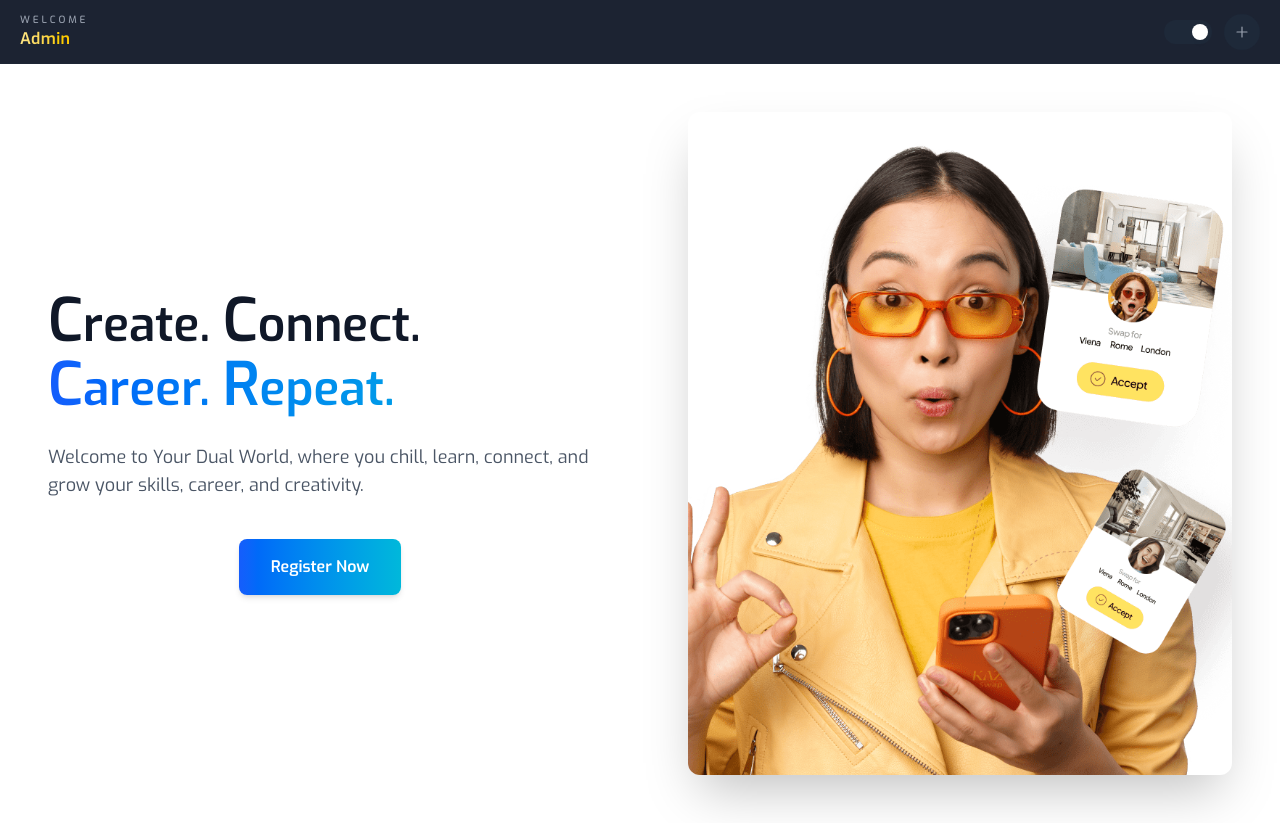
Repository: deepak445566/job
Page: / (app in frontend/)
The author's editor kept a copy of each file at every save. The page is drawn from the files as they stood at one save, then again after the next save.
The browser window is 1280 px wide. The pictures show the whole page.
The page's requests for data from a server got no answer. Some web fonts or font styles are not loaded; a fallback is used. The project was rebuilt for these pictures with package versions that can differ from the ones it lists, and the page was loaded fresh each time. Some packages were replaced by stand-ins written for this rebuild. No one was signed in, and anything a server would have sent is missing. Also part of the build but not shown: frontend/vite.config.js, frontend/src/Components/auth/Login.jsx, frontend/src/Components/study/StudyDashboard.jsx, frontend/src/Components/chill/CreateReelModal.jsx, frontend/src/Components/chill/ChillDashboard.jsx, frontend/src/Components/common/Footer.jsx.

Above is the page before, as saved 2026-02-27 14:44:19.

### frontend/index.html
<!doctype html>
<html lang="en">
  <head>
    <meta charset="UTF-8" />
    <link rel="icon" type="image/svg+xml" href="/vite.svg" />
    <meta name="viewport" content="width=device-width, initial-scale=1.0" />
    <title>frontend</title>
    <link rel="preconnect" href="https://fonts.googleapis.com">
<link rel="preconnect" href="https://fonts.gstatic.com" crossorigin>
<link href="https://fonts.googleapis.com/css2?family=Exo:ital,wght@0,100..900;1,100..900&family=Playfair+Display:ital,wght@0,400..900;1,400..900&display=swap" rel="stylesheet">
  </head>
  <body>
    <div id="root"></div>
    <script type="module" src="/src/main.jsx"></script>
  </body>
</html>

### frontend/src/main.jsx
import { StrictMode } from 'react'
import { createRoot } from 'react-dom/client'
import './index.css'
import App from './App.jsx'
import {BrowserRouter} from 'react-router-dom'
import { AppContextProvider } from './context/AppContextProvider.jsx'




createRoot(document.getElementById('root')).render(
  <BrowserRouter>
  <AppContextProvider>
  <StrictMode>
    <App />
  </StrictMode>
  </AppContextProvider>
  </BrowserRouter>
)

### frontend/src/index.css
@import "tailwindcss";
.exo{
  font-family: "Exo", sans-serif;

  font-style: normal;
}

### frontend/src/App.jsx
import React from "react";
import Login from "./Components/auth/Login";
import { Route, Routes } from "react-router-dom";
import Dashboard from "./Components/Dashboard";
import { useAppContext } from "./context/AppContextProvider";
import Layout from "./Components/common/Layout";

function App() {
  const { showLogin } = useAppContext();

  return (
    <>
      {showLogin && <Login />}

      <Routes>
        {/* Layout wrap karega sab routes ko */}
        <Route path="/" element={<Layout />}>
          <Route index element={<Dashboard />} />
        </Route>
      </Routes>
    </>
  );
}

export default App;

### frontend/src/context/AppContextProvider.jsx
import { useContext, useEffect, useState } from "react";
import { useNavigate } from "react-router-dom";
import axios from "axios";
import { AppContext } from "./AppContext";
import toast from 'react-hot-toast';

axios.defaults.withCredentials = true;
axios.defaults.baseURL = import.meta.env.VITE_BACKEND_URL;
console.log("Base URL:", import.meta.env.VITE_BACKEND_URL);

export const AppContextProvider = ({ children }) => {
  const navigate = useNavigate();
  const [user, setUser] = useState(null);
  const [mode, setMode] = useState('chill'); // Default 'chill' ya 'study'
  const [showLogin, setShowLogin] = useState(false);
  const [loading, setLoading] = useState(true);

  const fetchUser = async () => {
    try {
      const { data } = await axios.get("/api/auth/isauth");
      if (data.success) {
        setUser(data.user);
        // User login hai toh uski mode fetch karo
        fetchUserMode();
      }
    } catch (error) {
      setUser(null);
    } finally {
      setLoading(false);
    }
  };

  // User ka mode fetch karne ka function
  const fetchUserMode = async () => {
    try {
      const { data } = await axios.get("/api/mode/");
      if (data.success) {
        setMode(data.mode);
      }
    } catch (error) {
      console.log("Error fetching mode:", error);
    }
  };

  // Mode toggle karne ka function
  const toggleMode = async () => {
    if (!user) {
      toast.error("Please login first");
      setShowLogin(true);
      return;
    }

    try {
      const { data } = await axios.put("/api/mode/switch");
      if (data.success) {
        setMode(data.mode);
        toast.success(data.message);
      }
    } catch (error) {
      toast.error(error.response?.data?.message || "Error switching mode");
    }
  };

  useEffect(() => {
    fetchUser();
  }, []);

  return (
    <AppContext.Provider
      value={{
        navigate,
        user,
        setUser,
        axios,
        setShowLogin,
        showLogin,
        mode,
        setMode,
        toggleMode,
        loading
      }}
    >
      {children}
    </AppContext.Provider>
  );
};

export const useAppContext = () => useContext(AppContext);

### frontend/src/Components/Dashboard.jsx
// components/Dashboard.jsx
import React from 'react';
import { useAppContext } from '../context/AppContextProvider';
import StudyDashboard from './study/StudyDashboard';
import ChillDashboard from './chill/ChillDashboard';

function Dashboard() {
  const { mode, user, setShowLogin, loading } = useAppContext();

  // Loading state
  if (loading) {
    return (
      <div className="min-h-screen flex items-center justify-center">
        <div className="text-center">
          <div className="w-16 h-16 border-4 border-blue-500 border-t-transparent rounded-full animate-spin mx-auto mb-4"></div>
          <p className="text-gray-600">Loading dashboard...</p>
        </div>
      </div>
    );
  }

  // Agar user login nahi hai
  if (!user) {
    return (
     <div className="min-h-screen  flex items-center justify-center  exo">

      <div className=" w-full   rounded-2xl overflow-hidden flex flex-col md:flex-row">

        {/* Left side: Text and button */}
        <div className="w-full md:w-1/2 p-5 sm:p-10 lg:p-12 flex flex-col justify-center space-y-6">
          {/* Heading */}
          <h1 className="text-4xl sm:text-5xl font-semibold text-gray-900 leading-tight">
           <span className='text-6xl'>C</span>reate.  <span className='text-6xl'>C</span>onnect.
            <span className="text-transparent bg-clip-text bg-gradient-to-r from-blue-600 to-cyan-500 block ">
             <span className='text-6xl'>C</span>areer.  <span className='text-6xl exo'>R</span>epeat.
            </span>
          </h1>

          {/* Paragraph */}
          <p className="text-lg text-gray-600 ">
           Welcome to Your Dual World, where you chill, learn, connect, and grow your skills, career, and creativity.
          </p>

          {/* Register Now Button */}
          <div className="pt-4 flex justify-center">
            <button onClick={()=>setShowLogin(true)} className="px-8 py-4 bg-gradient-to-r from-blue-600 to-cyan-500 text-white font-semibold rounded-lg shadow-md hover:shadow-lg transform hover:scale-105 transition-all duration-300 ease-in-out focus:outline-none focus:ring-2 focus:ring-blue-400 focus:ring-offset-2">
              Register Now
            </button>
          </div>


        </div>

        {/* Right side: Image */}
        <div className="w-full md:w-1/2  flex items-center justify-center p-3 sm:p-10 lg:p-12">

          <img
            src="/images/m.png"
            alt="Hero visual representing our platform"
            className="w-full h-auto rounded-xl shadow-2xl object-cover transform hover:scale-105 transition-transform duration-500"
          />
        </div>
      </div>
    </div>
    );
  }

  // Mode ke hisaab se dashboard render karo
  return (
    <div className="transition-all duration-500">
      {mode === 'study' ? <StudyDashboard /> : <ChillDashboard />}
    </div>
  );
}

export default Dashboard;

### frontend/src/Components/common/Layout.jsx
import Navbar from "./Navbar";
import FloatingDockMinimal from "./Footer";
import { Outlet } from "react-router-dom";
import { useAppContext } from "../../context/AppContextProvider";

function Layout() {
  const { user } = useAppContext(); // ya isAuthenticated

  return (
    <div className="min-h-screen flex flex-col">
      <Navbar />

      {/* Page Content */}
      <div className={`flex-1 ${user ? "pb-20" : ""}`}>
        <Outlet />
      </div>

      {/* 👇 Sirf login user ko dikhega */}
      {user && <FloatingDockMinimal />}
    </div>
  );
}

export default Layout;

### frontend/src/Components/common/Navbar.jsx
import React, { useState } from "react";
import { useAppContext } from "../../context/AppContextProvider";
import toast from "react-hot-toast";

function Navbar() {
  const { user, setUser, axios, setShowLogin, navigate, mode, toggleMode } =
    useAppContext();
  const [loggingOut, setLoggingOut] = useState(false);
  const [togglingMode, setTogglingMode] = useState(false);
  const [showProfileMenu, setShowProfileMenu] = useState(false);

  const handleLogout = async () => {
    try {
      setLoggingOut(true);
      const { data } = await axios.post("/api/auth/logout");
      if (data.success) {
        setUser(null);
        setShowLogin(true);
        toast.success("Logged out successfully");
        navigate("/");
      } else {
        toast.error(data.message || "Logout failed");
      }
    } catch (error) {
      toast.error(error.response?.data?.message || "Error logging out");
    } finally {
      setLoggingOut(false);
      setShowProfileMenu(false);
    }
  };

  const handleToggleMode = async () => {
    try {
      setTogglingMode(true);
      await toggleMode();
    } catch (error) {
      console.error("Error toggling mode:", error);
    } finally {
      setTogglingMode(false);
    }
  };

  const handleProfileClick = () => {
    if (user) {
      setShowProfileMenu(!showProfileMenu);
    } else {
      setShowLogin(true);
    }
  };

  const getInitial = () => {
    if (user?.username) return user.username[0].toUpperCase();
    if (user?.email) return user.email[0].toUpperCase();
    return 'K';
  };

  return (
    <nav className="bg-gray-900/95 backdrop-blur-xl px-5 py-3 border-b border-gray-800/50 sticky top-0 z-50 exo">
      <div className="flex justify-between items-center max-w-7xl mx-auto">
        {/* Left Side */}
        <div className="flex items-center gap-4">
          <div className="flex flex-col">
            <span className="text-[10px] uppercase tracking-[0.3em] text-gray-400 font-medium">
              Welcome
            </span>
            <div className="flex items-center gap-2">
              <span className="text-base font-semibold text-transparent bg-clip-text bg-gradient-to-r from-amber-200 to-yellow-400 tracking-wide">
                {user?.username || user?.email?.split('@')[0] || 'Admin'}
              </span>
              {user && (
                <span className="w-1 h-1 bg-gray-600 rounded-full"></span>
              )}
            </div>
          </div>
        </div>

        {/* Right Side */}
        <div className="flex items-center gap-3">
          {/* Mode Toggle */}
          <button
            onClick={handleToggleMode}
            disabled={togglingMode || !user}
            className={`relative w-12 h-6 rounded-full transition-all duration-700 ${
              user
                ? mode === 'study'
                  ? 'bg-amber-400'
                  : 'bg-gray-600'
                : 'bg-gray-800 cursor-not-allowed'
            }`}
            title={!user ? "Login to switch mode" : `Switch to ${mode === 'study' ? 'Chill' : 'Study'}`}
          >
            <span
              className={`absolute top-1 left-1 w-4 h-4 bg-white rounded-full shadow-xl transform transition-all duration-500 ease-in-out ${
                mode === 'chill' ? 'translate-x-6' : ''
              }`}
            />
          </button>

          {/* Profile */}
          <div className="relative">
            <button
              onClick={handleProfileClick}
              className="group relative focus:outline-none"
            >
              {user && (
                <div className="absolute -inset-0.5 bg-gradient-to-r from-amber-400 to-yellow-500 rounded-full opacity-0 group-hover:opacity-100 transition-opacity duration-500 blur-[1px]"></div>
              )}

              <div className={`relative w-9 h-9 rounded-full flex items-center justify-center transition-all duration-300 ${
                user
                  ? 'bg-gradient-to-r from-amber-400 to-yellow-500 text-gray-900'
                  : 'bg-gray-800 text-gray-400'
              }`}>
                {user ? (
                  <span className="text-xs font-bold">{getInitial()}</span>
                ) : (
                  <svg width="16" height="16" viewBox="0 0 16 16" fill="none" xmlns="http://www.w3.org/2000/svg">
                    <path d="M8 3V13M3 8H13" stroke="currentColor" strokeWidth="1.2" strokeLinecap="round"/>
                  </svg>
                )}
              </div>
            </button>

            {/* Profile Menu */}
            {showProfileMenu && user && (
              <>
                <div
                  className="fixed inset-0 z-40"
                  onClick={() => setShowProfileMenu(false)}
                />

                <div className="absolute right-0 mt-3 w-56 bg-gray-900 backdrop-blur-xl rounded-2xl shadow-[0_20px_40px_-15px_rgba(0,0,0,0.5)] border border-gray-800 z-50 overflow-hidden">
                  <div className="px-5 py-4 border-b border-gray-800">
                    <p className="text-xs text-gray-400 uppercase tracking-[0.2em] mb-2 font-light">
                      Account
                    </p>
                    <p className="text-sm font-medium text-gray-100 mb-0.5">
                      {user.username || 'User'}
                    </p>
                    <p className="text-xs text-gray-400 truncate font-light">
                      {user.email || 'user@example.com'}
                    </p>
                  </div>

                  <div className="p-2">
                    <button
                      onClick={() => {
                        setShowProfileMenu(false);
                        navigate('/profile');
                      }}
                      className="w-full px-4 py-2.5 text-left hover:bg-gray-800 rounded-xl transition-all duration-200 flex items-center gap-3 text-gray-300 group"
                    >
                      <span className="text-sm opacity-50 group-hover:opacity-100 transition-opacity">👤</span>
                      <span className="text-xs font-light tracking-wide">Profile</span>
                    </button>

                    <div className="h-px bg-gray-800 my-2"></div>

                    <button
                      onClick={handleLogout}
                      disabled={loggingOut}
                      className="w-full px-4 py-2.5 text-left hover:bg-red-900/30 rounded-xl transition-all duration-200 flex items-center gap-3 text-red-400 group"
                    >
                      <span className="text-sm opacity-50 group-hover:opacity-100 transition-opacity">🚪</span>
                      <span className="text-xs font-light tracking-wide flex-1">
                        {loggingOut ? "Exiting..." : "Sign out"}
                      </span>
                      {loggingOut && (
                        <span className="w-3 h-3 border border-red-400 border-t-transparent rounded-full animate-spin" />
                      )}
                    </button>
                  </div>
                </div>
              </>
            )}
          </div>
        </div>
      </div>
    </nav>
  );
}

export default Navbar;

Loaded but not shown: frontend/src/context/AppContext.jsx (common file)

After the next save:
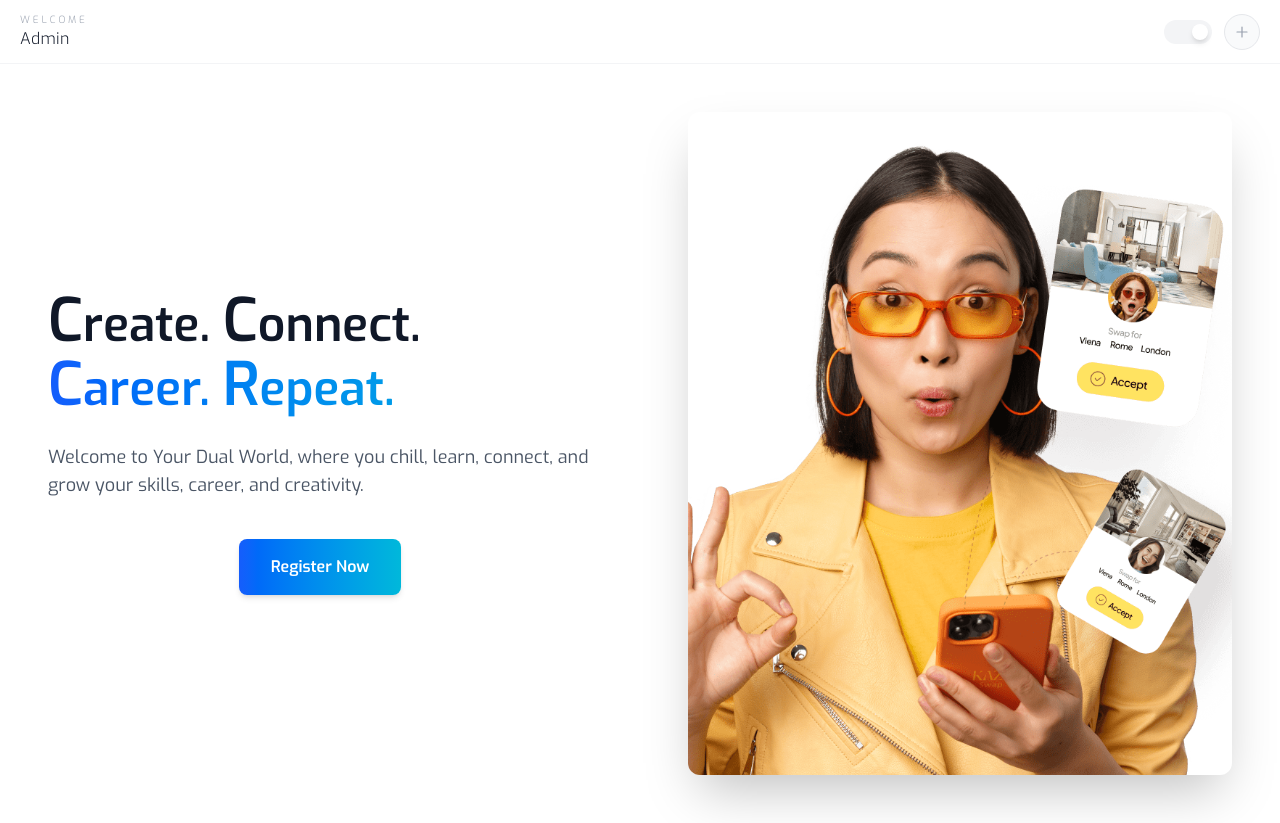
Saved 99 s later.
--- a/frontend/src/Components/common/Navbar.jsx
+++ b/frontend/src/Components/common/Navbar.jsx
@@ -55,20 +55,20 @@ function Navbar() {
   };
 
   return (
-    <nav className="bg-gray-900/95 backdrop-blur-xl px-5 py-3 border-b border-gray-800/50 sticky top-0 z-50 exo">
+    <nav className="bg-white border-b border-gray-100 px-5 py-3 sticky top-0 z-50 exo">
       <div className="flex justify-between items-center max-w-7xl mx-auto">
         {/* Left Side */}
         <div className="flex items-center gap-4">
           <div className="flex flex-col">
-            <span className="text-[10px] uppercase tracking-[0.3em] text-gray-400 font-medium">
+            <span className="text-[10px] uppercase tracking-[0.3em] text-gray-400 font-light">
               Welcome
             </span>
             <div className="flex items-center gap-2">
-              <span className="text-base font-semibold text-transparent bg-clip-text bg-gradient-to-r from-amber-200 to-yellow-400 tracking-wide">
+              <span className="text-base font-light text-gray-900 tracking-wide">
                 {user?.username || user?.email?.split('@')[0] || 'Admin'}
               </span>
               {user && (
-                <span className="w-1 h-1 bg-gray-600 rounded-full"></span>
+                <span className="w-1 h-1 bg-gray-300 rounded-full"></span>
               )}
             </div>
           </div>
@@ -83,14 +83,14 @@ function Navbar() {
             className={`relative w-12 h-6 rounded-full transition-all duration-700 ${
               user
                 ? mode === 'study'
-                  ? 'bg-amber-400'
-                  : 'bg-gray-600'
-                : 'bg-gray-800 cursor-not-allowed'
+                  ? 'bg-black'
+                  : 'bg-gray-200'
+                : 'bg-gray-100 cursor-not-allowed'
             }`}
             title={!user ? "Login to switch mode" : `Switch to ${mode === 'study' ? 'Chill' : 'Study'}`}
           >
             <span
-              className={`absolute top-1 left-1 w-4 h-4 bg-white rounded-full shadow-xl transform transition-all duration-500 ease-in-out ${
+              className={`absolute top-1 left-1 w-4 h-4 bg-white rounded-full shadow-md transform transition-all duration-500 ease-in-out ${
                 mode === 'chill' ? 'translate-x-6' : ''
               }`}
             />
@@ -102,17 +102,13 @@ function Navbar() {
               onClick={handleProfileClick}
               className="group relative focus:outline-none"
             >
-              {user && (
-                <div className="absolute -inset-0.5 bg-gradient-to-r from-amber-400 to-yellow-500 rounded-full opacity-0 group-hover:opacity-100 transition-opacity duration-500 blur-[1px]"></div>
-              )}
-
-              <div className={`relative w-9 h-9 rounded-full flex items-center justify-center transition-all duration-300 ${
+              <div className={`w-9 h-9 rounded-full flex items-center justify-center transition-all duration-300 ${
                 user
-                  ? 'bg-gradient-to-r from-amber-400 to-yellow-500 text-gray-900'
-                  : 'bg-gray-800 text-gray-400'
+                  ? 'bg-black text-white'
+                  : 'bg-gray-50 text-gray-400 border border-gray-200'
               }`}>
                 {user ? (
-                  <span className="text-xs font-bold">{getInitial()}</span>
+                  <span className="text-xs font-light">{getInitial()}</span>
                 ) : (
                   <svg width="16" height="16" viewBox="0 0 16 16" fill="none" xmlns="http://www.w3.org/2000/svg">
                     <path d="M8 3V13M3 8H13" stroke="currentColor" strokeWidth="1.2" strokeLinecap="round"/>
@@ -129,12 +125,12 @@ function Navbar() {
                   onClick={() => setShowProfileMenu(false)}
                 />
 
-                <div className="absolute right-0 mt-3 w-56 bg-gray-900 backdrop-blur-xl rounded-2xl shadow-[0_20px_40px_-15px_rgba(0,0,0,0.5)] border border-gray-800 z-50 overflow-hidden">
-                  <div className="px-5 py-4 border-b border-gray-800">
+                <div className="absolute right-0 mt-3 w-56 bg-white rounded-2xl shadow-xl border border-gray-100 z-50 overflow-hidden">
+                  <div className="px-5 py-4 border-b border-gray-100">
                     <p className="text-xs text-gray-400 uppercase tracking-[0.2em] mb-2 font-light">
                       Account
                     </p>
-                    <p className="text-sm font-medium text-gray-100 mb-0.5">
+                    <p className="text-sm font-medium text-gray-900 mb-0.5">
                       {user.username || 'User'}
                     </p>
                     <p className="text-xs text-gray-400 truncate font-light">
@@ -148,25 +144,25 @@ function Navbar() {
                         setShowProfileMenu(false);
                         navigate('/profile');
                       }}
-                      className="w-full px-4 py-2.5 text-left hover:bg-gray-800 rounded-xl transition-all duration-200 flex items-center gap-3 text-gray-300 group"
+                      className="w-full px-4 py-2.5 text-left hover:bg-gray-50 rounded-xl transition-all duration-200 flex items-center gap-3 text-gray-600 group"
                     >
                       <span className="text-sm opacity-50 group-hover:opacity-100 transition-opacity">👤</span>
                       <span className="text-xs font-light tracking-wide">Profile</span>
                     </button>
 
-                    <div className="h-px bg-gray-800 my-2"></div>
+                    <div className="h-px bg-gray-100 my-2"></div>
 
                     <button
                       onClick={handleLogout}
                       disabled={loggingOut}
-                      className="w-full px-4 py-2.5 text-left hover:bg-red-900/30 rounded-xl transition-all duration-200 flex items-center gap-3 text-red-400 group"
+                      className="w-full px-4 py-2.5 text-left hover:bg-gray-50 rounded-xl transition-all duration-200 flex items-center gap-3 text-gray-600 group"
                     >
                       <span className="text-sm opacity-50 group-hover:opacity-100 transition-opacity">🚪</span>
                       <span className="text-xs font-light tracking-wide flex-1">
                         {loggingOut ? "Exiting..." : "Sign out"}
                       </span>
                       {loggingOut && (
-                        <span className="w-3 h-3 border border-red-400 border-t-transparent rounded-full animate-spin" />
+                        <span className="w-3 h-3 border border-gray-300 border-t-transparent rounded-full animate-spin" />
                       )}
                     </button>
                   </div>
